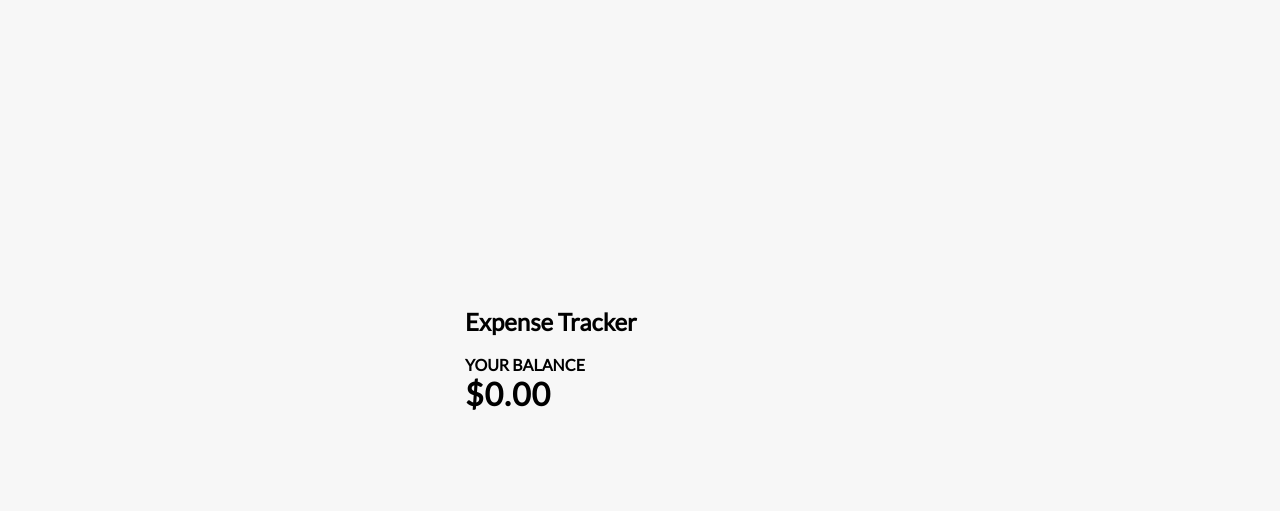
Repository: Adel-Abdallah/ex-tracker
Page: /
The author's editor kept a copy of each file at every save. The page is drawn from the files as they stood at one save, then again after a run of saves.
The browser window is 1280 px wide. The pictures show the whole page.
The project was rebuilt for these pictures with package versions that can differ from the ones it lists, and the page was loaded fresh each time.

Above is the page before, as saved 2020-10-23 08:53:48.

### src/index.js
import React from 'react';
import ReactDOM from 'react-dom';

import App from './App';


ReactDOM.render(

    <App />,

  document.getElementById('root')
);

### src/App.js
import React from "react";
import Header from "./component/Header";
import Balance from "./component/Balance"
import "./App.css";

function App() {
  return (
    <div>
      <div className="container">
      <Header/>
      <Balance/>

      </div>
    </div>
  );
}

export default App;

### src/component/Balance.jsx
import React from "react";

const Balance = () => {
  return (
    <>
      <h4>Your Balance</h4>
      <h1 id='balance'>$0.00</h1>
    </>
  );
};

export default Balance;

### src/component/IncomeExpenses.jsx
import React from "react";

const IncomeEspenses = () => {
  return (
    <div class='inc-exp-container'>
      <div>
        <h4>Income</h4>
        <p id='money-plus' class='money plus'>
          +$0.00
        </p>
      </div>
      <div>
        <h4>Expense</h4>
        <p id='money-minus' class='money minus'>
          -$0.00
        </p>
      </div>
    </div>
  );
};

export default IncomeEspenses;

Loaded but not shown: public/index.html (common file); src/component/Header.jsx (common file); src/App.css (common file)

After the next 7 saves:
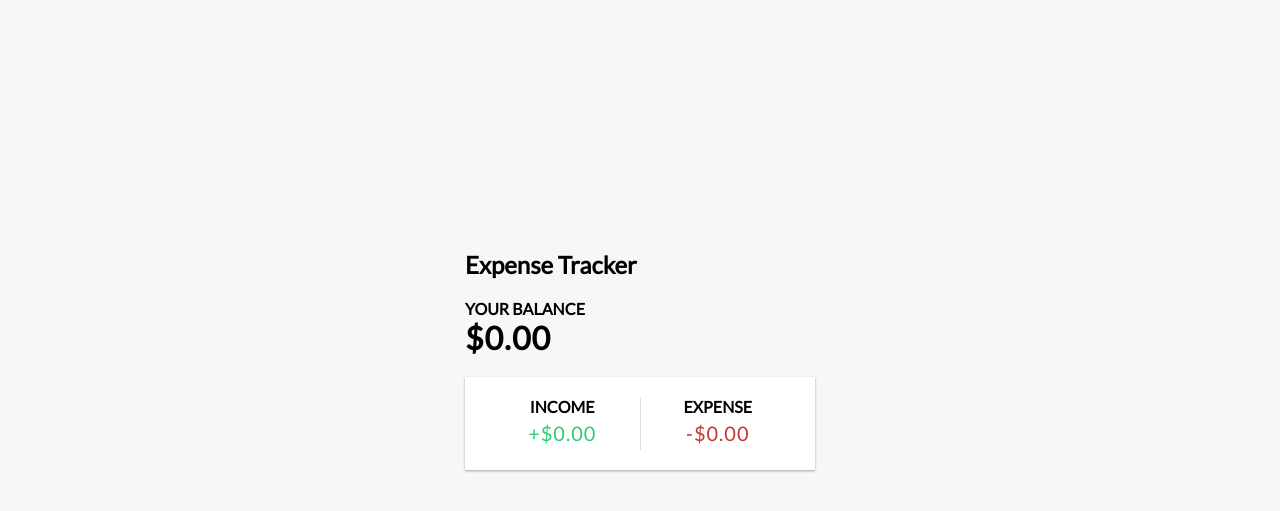
The 7 saves are shown as one change because they came seconds apart.
The last was saved 24 s later.
--- a/src/App.js
+++ b/src/App.js
@@ -1,15 +1,16 @@
 import React from "react";
 import Header from "./component/Header";
-import Balance from "./component/Balance"
+import Balance from "./component/Balance";
 import "./App.css";
+import IncomeEspenses from "./component/IncomeExpenses";
 
 function App() {
   return (
     <div>
-      <div className="container">
-      <Header/>
-      <Balance/>
-
+      <div className='container'>
+        <Header />
+        <Balance />
+        <IncomeEspenses />
       </div>
     </div>
   );
